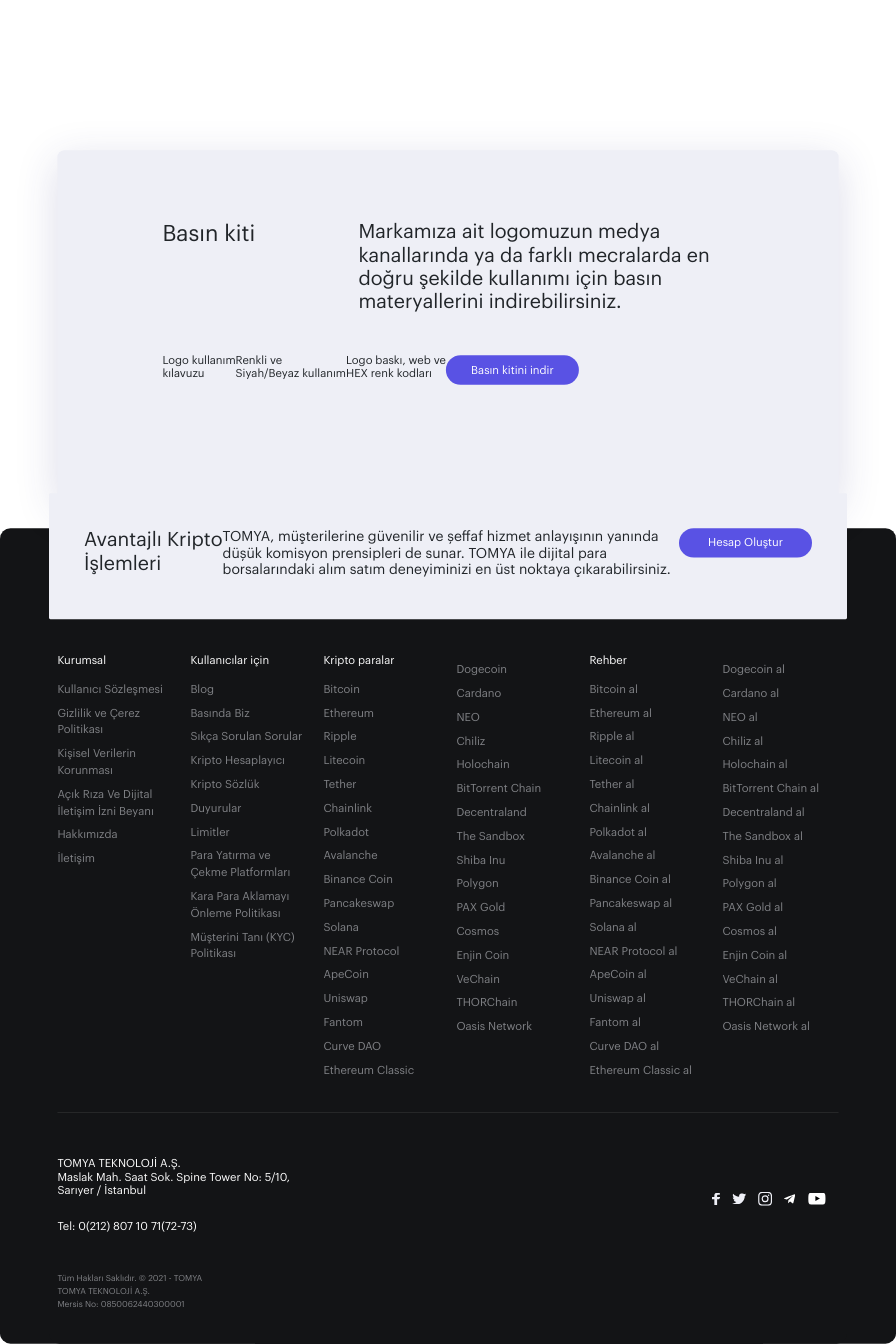
Repository: ezgibayrakli/TomyaProje
Page: index copy.html
These files come from the project's save history. The page is drawn as it stood at one moment and after the next save; the edit follows.
The browser window is 1280 px wide. The pictures show the part of the page from y = 3171 to 5091 px (the page is 5091 px tall before and 4712 px after), at 70% of full size.
Some web fonts or font styles are not loaded; a fallback is used.

Above is the page before, as saved 2023-07-07 11:12:51.

After the next save:
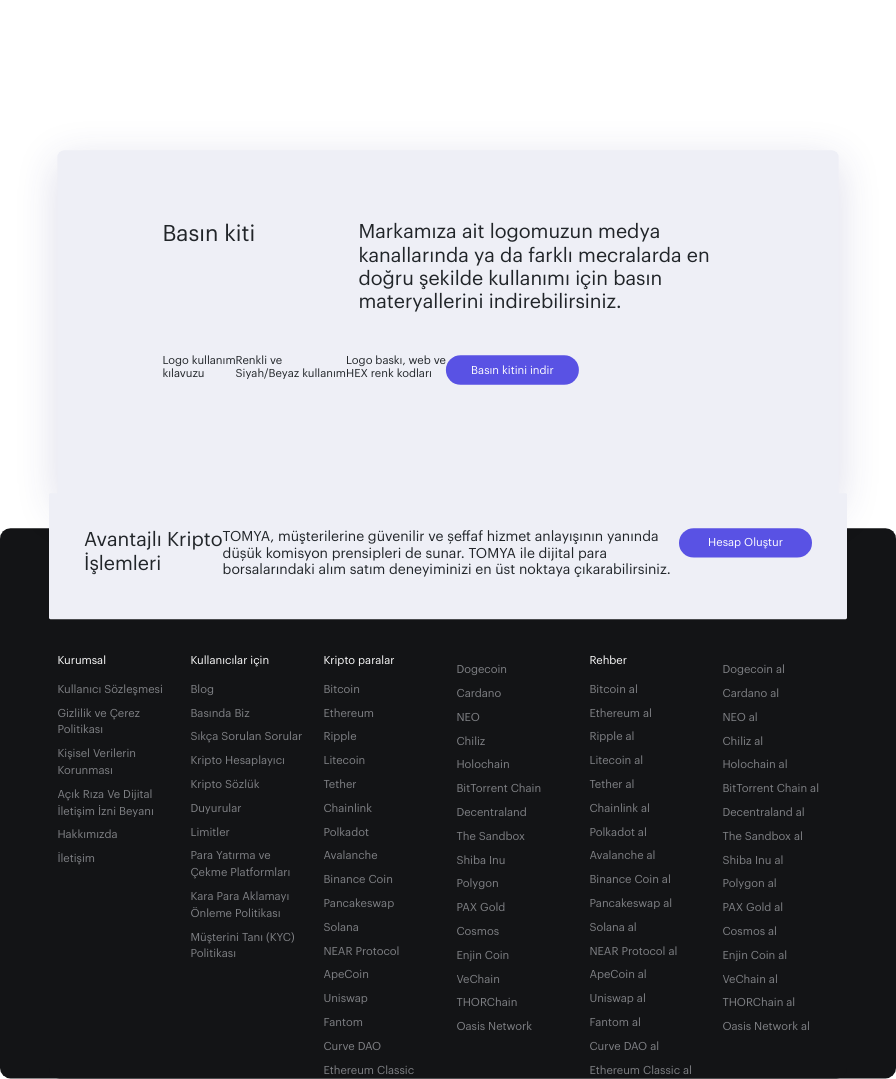
Saved 23 s later.
--- a/index copy.html
+++ b/index copy.html
@@ -318,9 +318,45 @@
                                 <li><a href="#">Oasis Network al</a></li>
                             </ul>
                         </div>
-
-                    </div>
-
+                    </div>
+                    <!-- ACORDİON MENU -->
+                    <div class="accordion" id="accordionExample">
+                        <div class="accordion-item">
+                        <h2 class="accordion-header" id="headingOne">
+                            <button class="accordion-button" type="button" data-bs-toggle="collapse" data-bs-target="#collapseOne" aria-expanded="true" aria-controls="collapseOne">
+                            Accordion Item #1
+                            </button>
+                        </h2>
+                        <div id="collapseOne" class="accordion-collapse collapse show" aria-labelledby="headingOne" data-bs-parent="#accordionExample">
+                            <div class="accordion-body">
+                                <ul _ngcontent-serverapp-c3="" class="mr-lg-10" style="display: none;"><li _ngcontent-serverapp-c3=""><a _ngcontent-serverapp-c3="" href="/kullanici-sozlesmesi">Kullanıcı Sözleşmesi</a></li><li _ngcontent-serverapp-c3=""><a _ngcontent-serverapp-c3="" href="/gizlilik-ve-cerez-politikasi">Gizlilik ve Çerez Politikası</a></li><li _ngcontent-serverapp-c3=""><a _ngcontent-serverapp-c3="" href="/kisisel-verilerin-korunmasi">Kişisel Verilerin Korunması</a></li><li _ngcontent-serverapp-c3=""><a _ngcontent-serverapp-c3="" href="/acik-riza-ve-digital-iletisim-izni">Açık Rıza Ve Dijital İletişim İzni Beyanı</a></li><li _ngcontent-serverapp-c3=""><a _ngcontent-serverapp-c3="" href="/hakkimizda">Hakkımızda</a></li><li _ngcontent-serverapp-c3=""><a _ngcontent-serverapp-c3="" href="/iletisim">İletişim</a></li></ul>
+                        </div>
+                        </div>
+                        <div class="accordion-item">
+                        <h2 class="accordion-header" id="headingTwo">
+                            <button class="accordion-button collapsed" type="button" data-bs-toggle="collapse" data-bs-target="#collapseTwo" aria-expanded="false" aria-controls="collapseTwo">
+                            Accordion Item #2
+                            </button>
+                        </h2>
+                        <div id="collapseTwo" class="accordion-collapse collapse" aria-labelledby="headingTwo" data-bs-parent="#accordionExample">
+                            <div class="accordion-body">
+                            <strong>This is the second item's accordion body.</strong> It is hidden by default, until the collapse plugin adds the appropriate classes that we use to style each element. These classes control the overall appearance, as well as the showing and hiding via CSS transitions. You can modify any of this with custom CSS or overriding our default variables. It's also worth noting that just about any HTML can go within the <code>.accordion-body</code>, though the transition does limit overflow.
+                            </div>
+                        </div>
+                        </div>
+                        <div class="accordion-item">
+                        <h2 class="accordion-header" id="headingThree">
+                            <button class="accordion-button collapsed" type="button" data-bs-toggle="collapse" data-bs-target="#collapseThree" aria-expanded="false" aria-controls="collapseThree">
+                            Accordion Item #3
+                            </button>
+                        </h2>
+                        <div id="collapseThree" class="accordion-collapse collapse" aria-labelledby="headingThree" data-bs-parent="#accordionExample">
+                            <div class="accordion-body">
+                            <strong>This is the third item's accordion body.</strong> It is hidden by default, until the collapse plugin adds the appropriate classes that we use to style each element. These classes control the overall appearance, as well as the showing and hiding via CSS transitions. You can modify any of this with custom CSS or overriding our default variables. It's also worth noting that just about any HTML can go within the <code>.accordion-body</code>, though the transition does limit overflow.
+                            </div>
+                        </div>
+                        </div>
+                    </div>
 
                     <hr class="mt-5" style="color: gray;" />
                     <div class="pt-5 d-flex justify-content-lg-between flex-lg-row flex-column align-items-lg-center">
